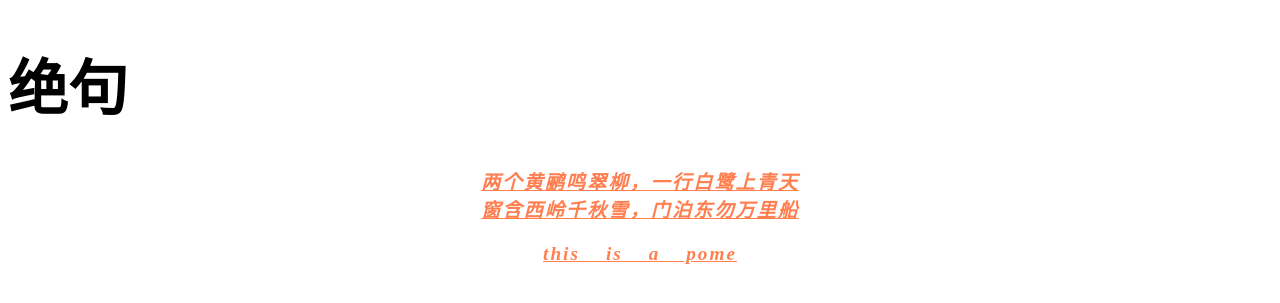
Repository: ljx1197678031/Wed-Design
Page: 01/3.html
The author's editor kept a copy of each file at every save. The page is drawn from the files as they stood at one save, then again after a run of saves.
The browser window is 1280 px wide. The pictures show the whole page.

Above is the page before, as saved 2020-06-01 22:16:55.

### 01/3.html
<!DOCTYPE html>
<html lang="en">
<head>
    <meta charset="UTF-8">
    <meta name="viewport" content="width=device-width, initial-scale=1.0">
    <title>Document</title>
    <style>
        h1{
            font-family: "仿宋";
            font-size: 60px;
        }
        p{
            font-family: "微软雅黑";
            font-size: larger;
            font-style: italic;
            font-weight: bolder;
            color: coral;
            letter-spacing:2px;/*定义字与字之间的距离*/
            word-spacing: 1em;/*定义字与字之间的空格的距离(英文)*/
            text-decoration:underline;
            text-align: center;
            text-indent: ;
        }
    </style>
</head>
<body>
    <h1>绝句</h1>
    <p>两个黄鹂鸣翠柳，一行白鹭上青天
    <br/>窗含西岭千秋雪，门泊东勿万里船
    </p>
    <P>this is a pome</P>
</body>
</html>

After the next 2 saves:
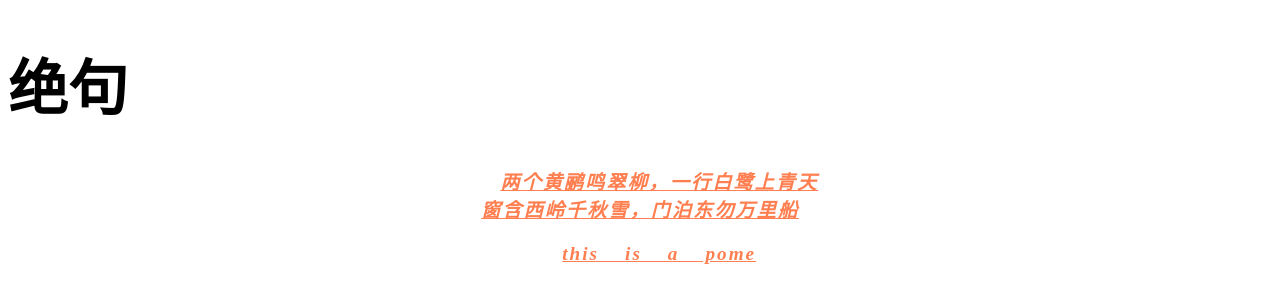
The 2 saves are shown as one change because they came seconds apart.
The last was saved 14 s later.
--- a/01/3.html
+++ b/01/3.html
@@ -19,7 +19,7 @@
             word-spacing: 1em;/*定义字与字之间的空格的距离(英文)*/
             text-decoration:underline;
             text-align: center;
-            text-indent: ;
+            text-indent: 2em;
         }
     </style>
 </head>

After the 3 saves that followed:
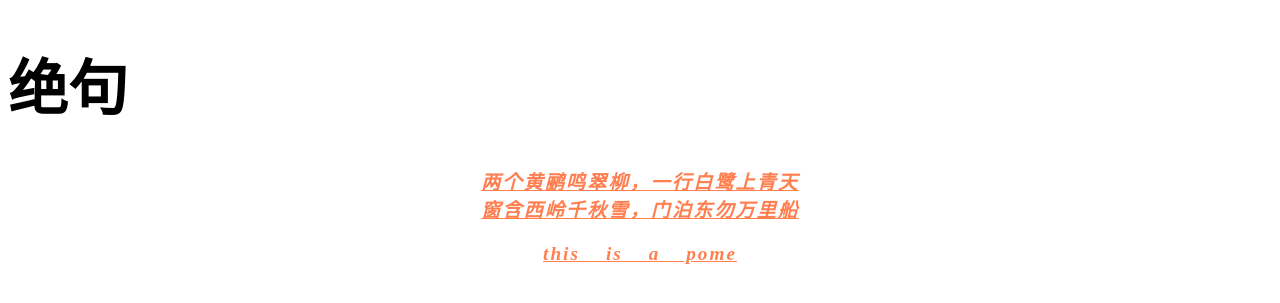
The 3 saves are shown as one change because 2 left the picture as it was.
The last was saved 47 s later.
--- a/01/3.html
+++ b/01/3.html
@@ -19,7 +19,6 @@
             word-spacing: 1em;/*定义字与字之间的空格的距离(英文)*/
             text-decoration:underline;
             text-align: center;
-            text-indent: 2em;
         }
     </style>
 </head>
